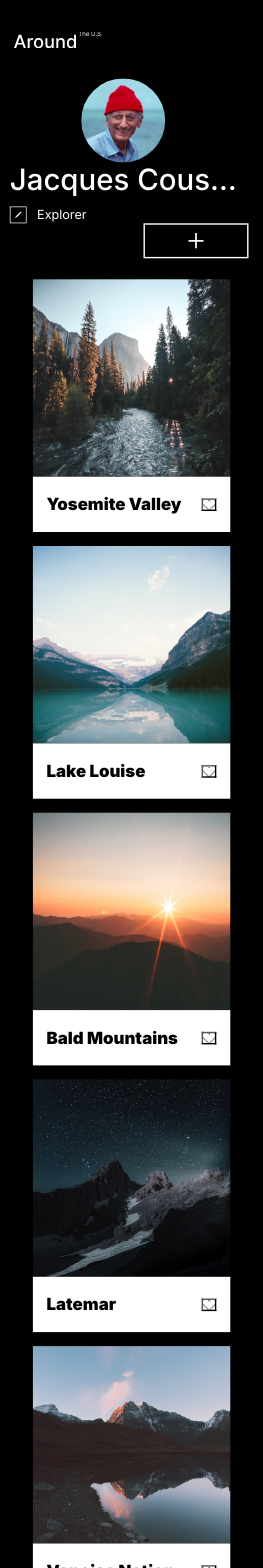
Repository: luisbaezx/se_project_aroundtheus
Page: index.html
The author's editor kept a copy of each file at every save. The page is drawn from the files as they stood at one save, then again after the next save.
The browser window is 375 px wide. The pictures show the part of the page from y = 0 to 2240 px (the page is 2665 px tall before and 2702 px after), at 70% of full size.

Above is the page before, as saved 2024-05-27 20:49:52.

After the next save:
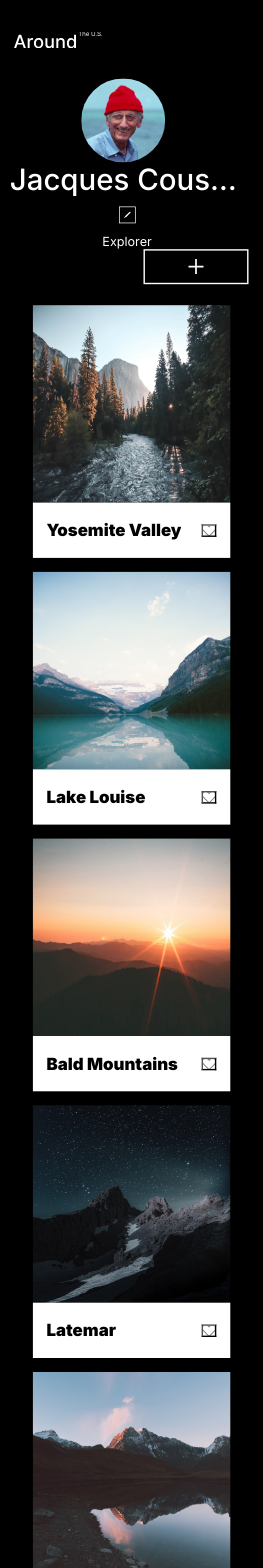
Saved 59 s later.
--- a/blocks/page.css
+++ b/blocks/page.css
@@ -149,9 +149,12 @@
   .profile__info {
     display: flex;
     flex-wrap: wrap;
+    justify-content: center;
     width: 100%;
   }
 
   .profile__description {
+    width: 100%;
+    text-align: center;
   }
 }
